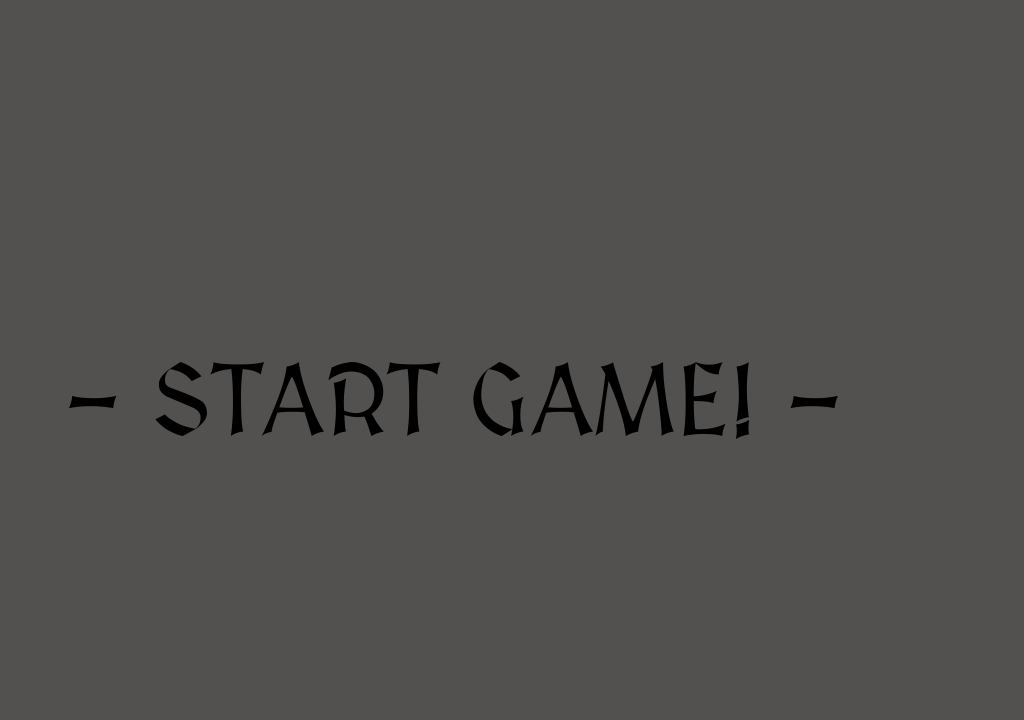
Repository: AydinRaghip/memory-game
Page: index.html
The author's editor kept a record of every edit. The page is drawn from the files as they stood at one moment, then again after the next edit.
The browser window is 1024 px wide. The pictures show the whole page.

Above is the page before.
Console error: ReferenceError: describe is not defined

### index.html

<!doctype html>
<html lang="en">

<head>
  <meta charset="utf-8">
  <meta name="viewport" content="width=device-width, initial-scale=1.0">
  <meta http-equiv="X-UA-Compatible" content="ie=edge">

  <title>Javascript Memory Game</title>

  <!-- <script src="https://cdnjs.cloudflare.com/ajax/libs/jasmine/3.5.0/jasmine.js" ></script>
  <script src="https://cdnjs.cloudflare.com/ajax/libs/jasmine/3.5.0/jasmine-html.js" ></script>
  <script src="https://cdnjs.cloudflare.com/ajax/libs/jasmine/3.5.0/boot.js" ></script>
  <link rel="stylesheet" href="https://cdnjs.cloudflare.com/ajax/libs/jasmine/3.5.0/jasmine.css" /> -->

  <link rel="stylesheet" href="assets/style.css">
  <link href="https://fonts.googleapis.com/css2?family=MedievalSharp&display=swap" rel="stylesheet">
  <link rel="icon" type="image" href="images/games-of-thrones.png">

  <script src="assets/mainTest.js"></script>

</head>

<body>

  <button type="button" id="startButton" onclick="startGame()">- START GAME! -</button>

  <div id="memoryGame"></div>

  <script src="assets/main.js"></script>
</body>

</html>

### assets/style.css
/* General Application CSS */

body {
  background: #525150;
}

/* Start Page and End Page CSS */

#startButton{
  left: 250px;
  top: 250px;
  font-size: 100px;
  position: fixed;
  background: none;
  border: none;
  font-family: 'MedievalSharp', cursive;
  cursor: pointer;
  padding: 0;
}

#startButton:active{
  outline: none;
}

#startButton:hover{
  color: white;
}

/* Memory Game CSS */

.board {
  max-width: 75%;
  margin-left: 175px;
  margin-top: 50px;
  display: flex;
  flex-wrap: wrap;
}

.tile {
  transition: all .5s linear;
  transform-style: preserve-3d;
}

.tile,
.back,
.front {
  height: 150px;
  width: 150px;
}

.back,
.front {
  position: absolute;
  backface-visibility: hidden;
}

.front {
  background: url('images/games-of-thrones.png');
  background-repeat: no-repeat;
  background-position: center;
  background-size: contain;
}

.back {
  transform: rotateY(180deg);
  background-size: contain;
  background-repeat: no-repeat;
  background-position: center;
}

.picked {
  transform: rotateY(180deg);
}

.pair .front {
  background: #525150 !important;
}

/* Galaxy S5 */
@media screen and (max-width: 360px){
  #startButton{
  left: 65px;
  top: 300px;
  font-size: 30px;
}

#startButton:active{
  color: white;
}

.board {
  max-width: 75%;
  margin-left: 50px;
  margin-top: 100px;
  display: flex;
  flex-wrap: wrap;
}

.tile,
.back,
.front {
  height: 70px;
  width: 70px;
  margin-right: 15px;
}

}

/* Iphone X */
@media screen and (max-width: 375px){
  #startButton{
  left: 65px;
  top: 350px;
  font-size: 30px;
}

#startButton:active{
  color: white;
}

.board {
  max-width: 75%;
  margin-left: 70px;
  margin-top: 60px;
  display: flex;
  flex-wrap: wrap;
}

.tile,
.back,
.front {
  height: 80px;
  width: 80px;
  margin-right: 40px;
}

}

/* Ipad Pro */
@media screen and (max-width: 1024px){
  #startButton{
  left: 65px;
  top: 350px;
  font-size: 100px;
}

#startButton:active{
  color: white;
}

.board {
  max-width: 75%;
  margin-left: 70px;
  margin-top: 60px;
  display: flex;
  flex-wrap: wrap;
}

.tile,
.back,
.front {
  height: 80px;
  width: 80px;
  margin-right: 40px;
}
}

### assets/mainTest.js
//The following code for testing using the Jasmine framework will cover the steps a user would take whilst playing this memory game

describe('Testing the Javascript memory game', function(){
      it('should press the start button', function(){
        //...
      })
      it('should pick to tiles to see if they match', function(){
        //...
      })
      it('should reset the game once all tiles have been matched', function(){
        //...
      })
    })

### assets/main.js
// Function for running the memory game

function startGame(){

// Hiding the start button and displaying the restart button once the game starts

startButton.style.display="none"

// Displaying the tiles and creating pairs

var tileArray = [{'name': 'arryn', 'image': 'assets/images/house-arryn.png'},
                 {'name': 'baratheon', 'image': 'assets/images/house-baratheon.png'},
                 {'name': 'greyjoy', 'image': 'assets/images/house-greyjoy.png'},
                 {'name': 'lannister', 'image': 'assets/images/house-lannister.png'},
                 {'name': 'martell', 'image': 'assets/images/house-martell.png'},
                 {'name': 'stark', 'image': 'assets/images/house-stark.png'},
                 {'name': 'targaryen', 'image': 'assets/images/house-targaryen.png'},
                 {'name': 'tully', 'image': 'assets/images/house-tully.png'},
                 {'name': 'tyrell', 'image': 'assets/images/house-tyrell.png'}];

var gameBoard = tileArray.concat(tileArray);

// Randomising the tiles

gameBoard.sort(() => 0.5 - Math.random());

// Setting the variables for when tiles are picked

let firstChoice = '';
let secondChoice = '';
let count = 0;
let previousChoice = null;
let delay = 1000;

// Setting images for the tiles and getting them to appear on-screen

var memoryGame = document.getElementById('memoryGame');
var board = document.createElement('section');
board.setAttribute('class', 'board');
memoryGame.appendChild(board);

gameBoard.forEach(item => {
  var {name, image} = item;

  var tile = document.createElement('div');
  tile.classList.add('tile');
  tile.dataset.name = name;

  var front = document.createElement('div');
  front.classList.add('front');

  var back = document.createElement('div');
  back.classList.add('back');
  back.style.backgroundImage = `url(${image})`;

  board.appendChild(tile);
  tile.appendChild(front);
  tile.appendChild(back);
});

// Variable for adding the pair class to the tiles that have the picked class

var pair = () => {
  var picked = document.querySelectorAll('.picked');
  picked.forEach(tile => {
    tile.classList.add('pair');
  });
};

// Variable for resetting choice variables

var resetChoices = () => {
  firstChoice = '';
  secondChoice = '';
  count = 0;
  previousChoice = null;

// Variable for removing the picked class from tiles

  var selected = document.querySelectorAll('.picked');
  selected.forEach(tile => {
    tile.classList.remove('picked');
  });
};

// Event listener that operates the function for pairing tiles and resetting the board

board.addEventListener('click', event => {

  var clicked = event.target;

  if (
    clicked.nodeName === 'SECTION' ||
    clicked === previousChoice ||
    clicked.parentNode.classList.contains('picked') ||
    clicked.parentNode.classList.contains('match')
  ) {
    return;
  }

  if (count < 2) {
    count++;
    if (count === 1) {
      firstChoice = clicked.parentNode.dataset.name;
      console.log(firstChoice);
      clicked.parentNode.classList.add('picked');
    } else {
      secondChoice = clicked.parentNode.dataset.name;
      console.log(secondChoice);
      clicked.parentNode.classList.add('picked');
    }

    if (firstChoice && secondChoice) {
      if (firstChoice === secondChoice) {
        setTimeout(pair, delay);
      }
      setTimeout(resetChoices, delay);
    }
    previousChoice = clicked;
  }

});

}

After the next edit:
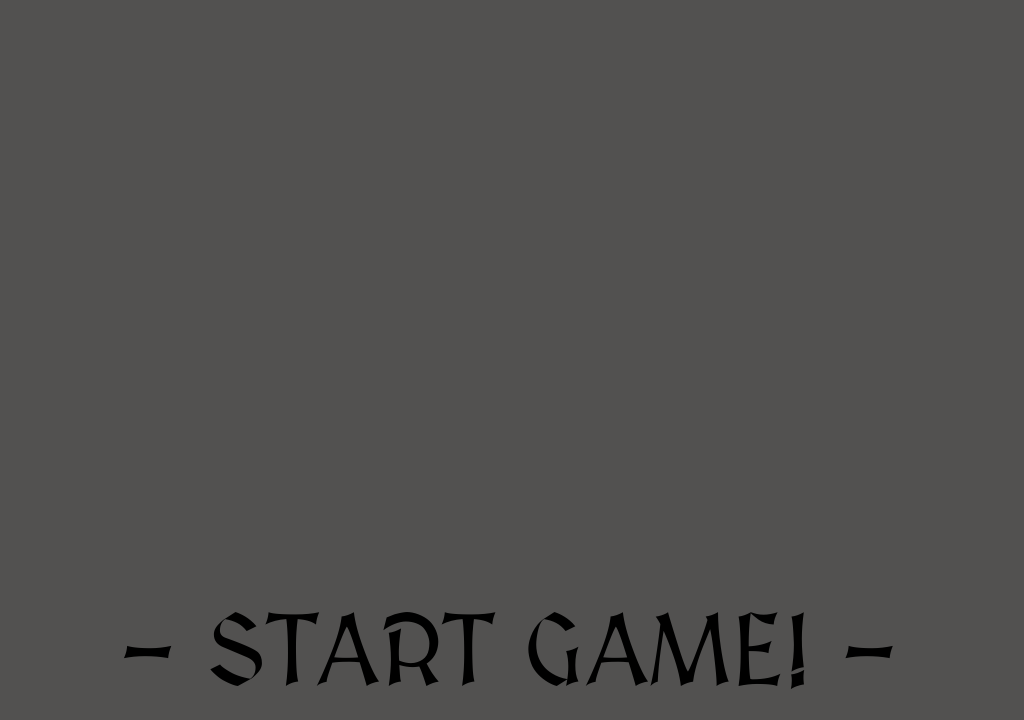
The edit:
--- a/assets/style.css
+++ b/assets/style.css
@@ -139,8 +139,8 @@
 /* Ipad Pro */
 @media screen and (max-width: 1024px){
   #startButton{
-  left: 65px;
-  top: 350px;
+  left: 120px;
+  top: 600px;
   font-size: 100px;
 }
 
